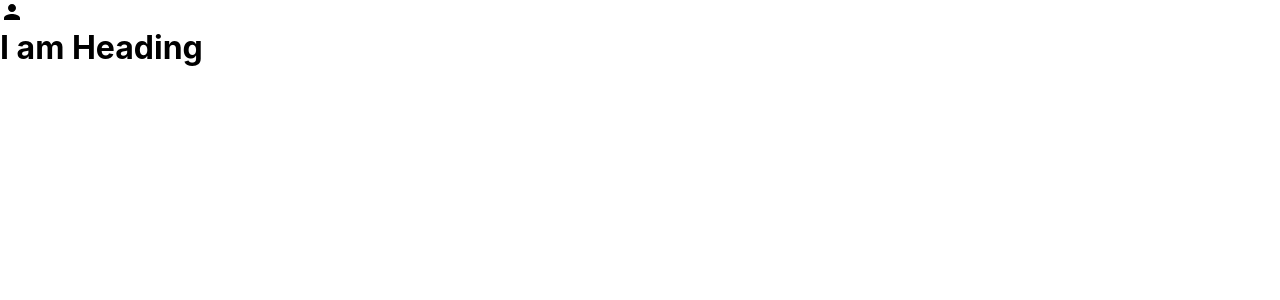
Repository: professorsourabh/tinder-clone
Page: /chat
An editor plug-in stored every save of this project. The page is shown before and after the next save, followed by the edit.
The browser window is 1280 px wide. The pictures show the whole page.
The project was rebuilt for these pictures with package versions that can differ from the ones it lists, and the page was loaded fresh each time. Also part of the build but not shown: src/App.css.

Above is the page before, as saved 2023-05-30 10:55:00.

After the next save:
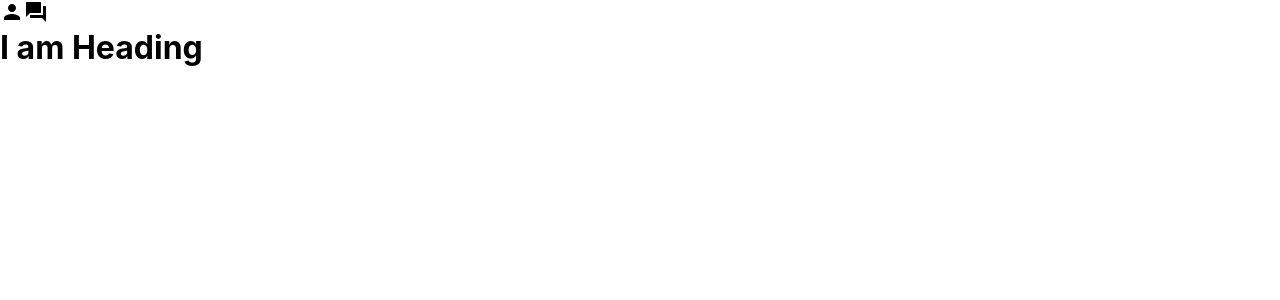
Saved 104 s later.
--- a/src/Navbar.js
+++ b/src/Navbar.js
@@ -1,9 +1,11 @@
 import React from 'react'
 import PersonIcon from '@mui/icons-material/Person';
+import ForumIcon from '@mui/icons-material/Forum';
 function Navbar() {
   return (
     <div>
         <PersonIcon/>
+        <ForumIcon/>
       <h1>I am Heading</h1>
     </div>
   )
